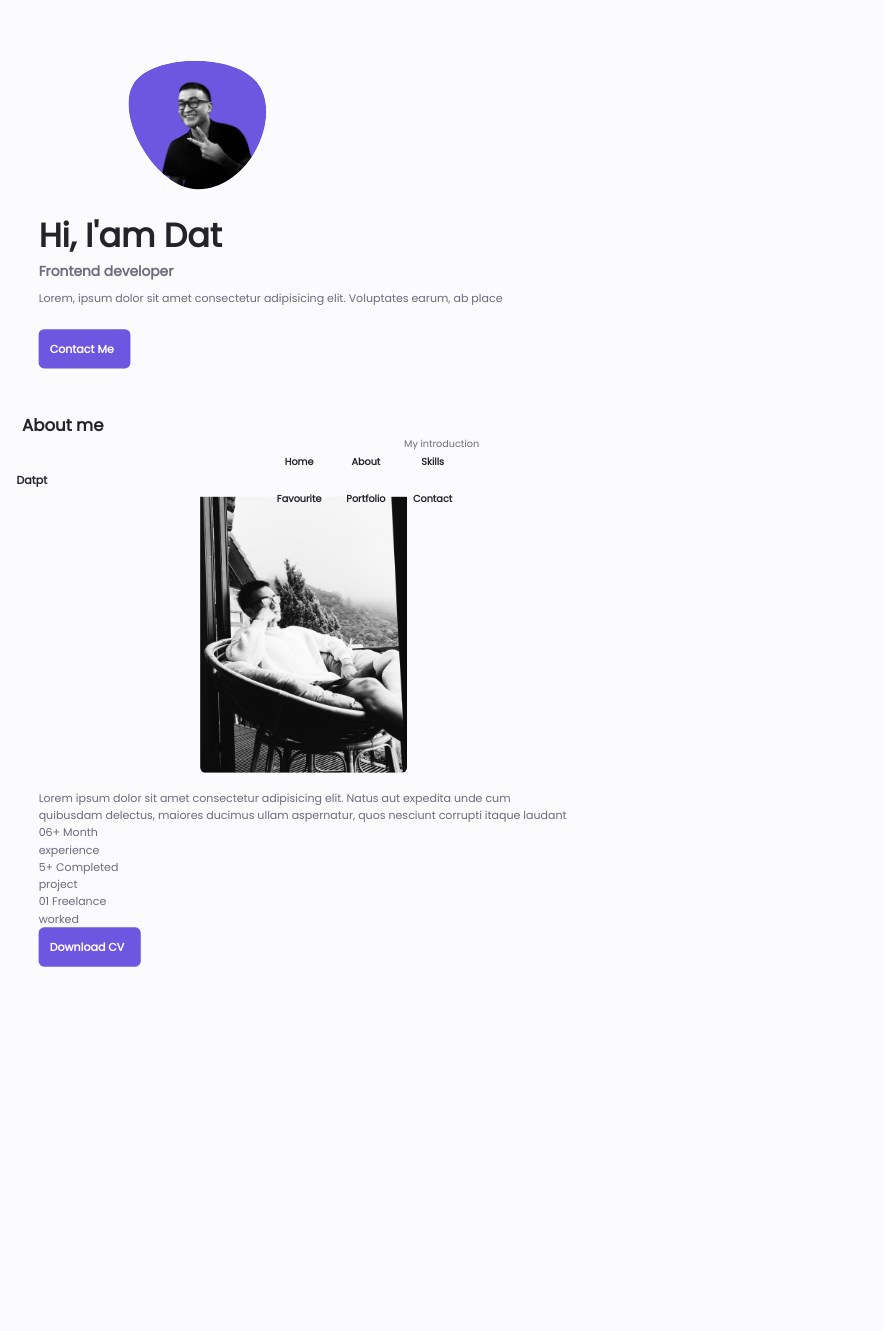
Repository: Datt21/portfolio
Page: index.html
An editor plug-in stored every save of this project. The page is shown before and after the next save, followed by the edit.
The browser window is 1280 px wide. The pictures show the whole page, at 69% of full size.
Some icons come from a web library that is not loaded, so they are not drawn.

Above is the page before, as saved 2021-07-10 16:37:23.

### index.html
<!DOCTYPE html>
<html lang="en">
<head>
    <meta charset="UTF-8">
    <meta http-equiv="X-UA-Compatible" content="IE=edge">
    <meta name="viewport" content="width=device-width, initial-scale=1.0">
    <!--============= ICONS ================  -->
    <link rel="stylesheet" href="https://unicons.iconscout.com/release/v4.0.0/css/line.css">

    <!-- ============= SWIPER CSS =============== -->
    <link rel="stylesheet" href="">

    <!-- =============== CSS ========================= -->
    <link rel="stylesheet" href="./Css/style.css">

    <title>Portfolio</title>
</head>
<body>
    <!--============================ HEADER ============================ -->
    <header class="header" id="header">
        <nav class="nav container">
            <a href="#" class="nav__logo">Datpt</a>

            <div class="nav__menu" id="nav-menu">
                <ul class="nav__list grid">
                    <li class="nav__item">
                        <a href="#home" class="nav__link">
                            <i class="uil uil-estate nav__icon"></i>Home
                        </a>
                    </li>
                    <li class="nav__item">
                        <a href="#about" class="nav__link">
                            <i class="uil uil-user nav__icon"></i>About
                        </a>
                    </li>
                    <li class="nav__item">
                        <a href="#skill" class="nav__link">
                            <i class="uil uil-file-alt nav__icon"></i>Skills
                        </a>
                    </li>
                    <li class="nav__item">
                        <a href="#fovourite" class="nav__link">
                            <i class="uil uil-books nav__icon"></i>Favourite
                        </a>
                    </li>
                    <li class="nav__item">
                        <a href="#portfolio" class="nav__link">
                            <i class="uil uil-scenery nav__icon"></i>Portfolio
                        </a>
                    </li>
                    <li class="nav__item">
                        <a href="#contact" class="nav__link">
                            <i class="uil uil-message nav__icon"></i>Contact
                        </a>
                    </li>
                </ul>
                <i class="uil uil-times nav__close" id="nav-close"></i>
            </div>

            <div class="nav__btns">
                <div class="nav__toggle" id="nav-toggle">
                    <i class="uil uil-apps"></i>
                </div>
            </div>
        </nav>
    </header>

     <!--==================== MAIN ====================-->
     <main class="main">
        <!--==================== HOME ====================-->
        <section class="home section" id="home">
            <div class="home__container container grid">
                <div class="home__content grid">
                    <div class="home__social">
                        <a href="https://www.facebook.com/profile.php?id=100043830603950" target="_blank" class="home__social-icon">
                            <i class="uil uil-facebook"></i>
                        </a>
                        <a href="https://t.me/datpt21" target="_blank" class="home__social-icon">
                            <i class="uil uil-telegram-alt"></i>
                        </a>
                        <a href="https://github.com/Datt21" target="_blank" class="home__social-icon">
                            <i class="uil uil-github-alt"></i>
                        </a>
                    </div>

                    <div class="home__img">
                        <svg class="home__blob" viewBox="0 0 200 187" xmlns="http://www.w3.org/2000/svg" xmlns:xlink="http://www.w3.org/1999/xlink">
                            <mask id="mask0" mask-type="alpha">
                                <path d="M190.312 36.4879C206.582 62.1187 201.309 102.826 182.328 134.186C163.346 165.547
                                130.807 187.559 100.226 186.353C69.6454 185.297 41.0228 161.023 21.7403 129.362C2.45775
                                97.8511 -7.48481 59.1033 6.67581 34.5279C20.9871 10.1032 59.7028 -0.149132 97.9666
                                0.00163737C136.23 0.303176 174.193 10.857 190.312 36.4879Z"/>
                            </mask>
                            <g mask="url(#mask0)">
                                <path d="M190.312 36.4879C206.582 62.1187 201.309 102.826 182.328 134.186C163.346
                                165.547 130.807 187.559 100.226 186.353C69.6454 185.297 41.0228 161.023 21.7403
                                129.362C2.45775 97.8511 -7.48481 59.1033 6.67581 34.5279C20.9871 10.1032 59.7028
                                -0.149132 97.9666 0.00163737C136.23 0.303176 174.193 10.857 190.312 36.4879Z"/>

                                <image class="home_blob-img" x='12' y='18 'xlink:href="./images/me.png"/>
                            </g>
                        </svg>

                    </div>

                    <div class="home__data">
                        <h1 class="home__title">Hi, I'am Dat</h1>
                        <h3 class="home_subtitle">Frontend developer</h3>
                        <p class="home_description">Lorem, ipsum dolor sit amet consectetur adipisicing elit.
                            Voluptates earum, ab place</p>
                        <a href="#contact" class="button button--flex">
                            Contact Me<i class="uil uil-message button__icon"></i>
                        </a>
                    </div>
                </div>

                <div class="home_scroll">
                    <a href="#about" class="home__scroll-button button--flex">
                        <i class="uil uil-mouse-alt-2 home__scroll-mouse"></i>
                        <span class="home__scroll-name">Scroll down</span>
                        <i class="uil uil-arrow-down home__scroll-arrow"></i>
                    </a>
                </div>
            </div>
        </section>

        <!--==================== ABOUT ====================-->
        <section class="about section" id="about">
            <h2 class="section__title">About me</h2>
            <span class="section_subtitle">My introduction</span>

            <div class="about__container container grid">
                <img src="./images/me2.jpg" alt="" class="about__img">

                <div class="about-data">
                    <p class="about-decription">Lorem ipsum dolor sit amet consectetur adipisicing elit.
                        Natus aut expedita unde cum quibusdam delectus, maiores ducimus ullam aspernatur, quos nesciunt corrupti itaque laudant</p>

                    <div class="about__info">
                        <div>
                            <span class="about__info-title">06+</span>
                            <span class="about__info-name">Month <br> experience</span>
                        </div>
                        <div>
                            <span class="about__info-title">5+</span>
                            <span class="about__info-name">Completed <br> project</span>
                        </div>
                        <div>
                            <span class="about__info-title">01</span>
                            <span class="about__info-name">Freelance <br> worked</span>
                        </div>
                    </div>

                    <div class="about__buttons">
                        <a download="" href="./pdf/LeTienDat_CV.pdf" class="button button--flex">
                            Download CV <i class="uil uil-download-alt button__icon"></i>
                        </a>
                    </div>
                </div>
            </div>


        </section>

        <!--==================== SKILLS ====================-->
        <section class="skills section" id="skills">


        </section>

        <!--==================== QUALIFICATION ====================-->
        <section class="qualification section">


        </section>

        <!--==================== SERVICES ====================-->
        <section class="services section" id="services">


        </section>

        <!--==================== PORTFOLIO ====================-->
        <section class="portfolio section" id="portfolio">


        </section>

        <!--==================== PROJECT IN MIND ====================-->
        <section class="project section">


        </section>

        <!--==================== TESTIMONIAL ====================-->
        <section class="testimonial section">


        </section>

        <!--==================== CONTACT ME ====================-->
        <section class="contact section" id="contact">


        </section>
    </main>

    <!--==================== FOOTER ====================-->
    <footer class="footer">


    </footer>

    <!--==================== SCROLL TOP ====================-->


    <!--==================== SWIPER JS ====================-->
    <script src=""></script>

    <!-- =================== JS ======================= -->
    <script src="./JS/main.js"></script>
</body>
</html>

### Css/style.css
/* ========================= GOOGLE FONTS ========================= */
@import url('https://fonts.googleapis.com/css2?family=Poppins&display=swap');

/*========================= VARIABLES CSS ==========================*/
:root{
    --header-height: 3rem;

    /* ---COLORS----- */
    --hue-color: 250;
    --first-color: hsl(var(--hue-color), 69%, 61%);
    --first-color-second: hsl(var(--hue-color), 69%, 61%);
    --first-color-alt: hsl(var(--hue-color), 57%, 53%);
    --first-color-lighter: hsl(var(--hue-color), 92%, 85%);
    --title-color:hsl(var(--hue-color), 8%, 15%);
    --text-color: hsl(var(--hue-color), 8%, 45%);
    --text-color-light: hsl(var(--hue-color), 8%, 65%);
    --input-color: hsl(var(--hue-color), 70%, 96%);
    --body-color: hsl(var(--hue-color), 60%, 99%);
    --container-color: #fff;

    /* --- FONT & SIZES */
    --body-font: 'Poppins', sans-serif;

    --font-semi-bold: 700;
    --font-medium: 600;

    --big-font-size: 2rem;
    --h1-font-size: 1.5rem;
    --h2-font-size: 1.25rem;
    --h3-font-size: 1.125rem;
    --normal-font-size: .938rem;
    --small-font-size: .813rem;
    --smaller-font-size: .75rem;

    /* --- MARGIN BOTTOM */
    --mb-0-25: .25rem;
    --mb-0-5: .5rem;
    --mb-0-75: .75rem;
    --mb-1: 1rem;
    --mb-1-5: 1.5rem;
    --mb-2: 2rem;
    --mb-2-5: 2.5rem;
    --mb-3: 3rem;

    /* Z INDEX */
    --z-tooltip: 10;
    --z-fixed: 100;
    --z-modal: 1000;

}

/* Font size for large devices */
@media screen and (min-width: 968px){
    :root {
        --big-font-size: 3rem;
        --h1-font-size: 2.25rem;
        --h2-font-size: 1.5rem;
        --h3-font-size: 1.25rem;
        --normal-font-size: 1rem;
        --small-font-size: .875rem;
        --smaller-font-size: .813rem;
    }

}

/*====================== Variables Dark Theme ===================  */

/*====================== Button Dark/Light  ===================  */

/*====================== BASE ========================= */
*{
    box-sizing: border-box;
    padding: 0;
    margin: 0;
}

html{
    scroll-behavior: smooth;
}

body{
    margin: 0 0 var(--header-height) 0;
    font-family: var(--body-font);
    font-size: var(--normal-font-size);
    background-color: var(--body-color);
    color: var(--text-color);
}

h1,h2,h3,h4{
    color: var(--title-color);
    font-weight: var(--font-semi-bold)
}

ul{
    list-style: none;
}

a{
    text-decoration: none;
}

img{
    max-width: 100%;
    height: auto;
}

/*========================= set section - css classes ====================  */
.section{
    padding: 2rem;
}

.section_title{
    font-size: var(--h1-font-size);
}

.section_subtitle{
    display: block;
    font-size: var(--small-font-size);
    margin-bottom: var(--mb-3);
}

.section_title,
.section_subtitle{
    text-align: center;
}

/* ===================== LAYOUT ============================== */
.container{
    max-width: 768px;
    margin-left: var(--mb-1-5);
    margin-right: var(--mb-1-5);
}

.grid{
    display: grid;
    gap: 1.5rem;
}

.header{
    width: 100%;
    position: fixed;
    bottom: 0;
    left: 0;
    z-index: var(--z-fixed);
    background-color: var(--body-color);
}

/* ===================== NAV ==================== */
.nav{
    max-width: 968px;
    height: var(--header-height);
    display: flex;
    justify-content:space-between;
    align-items: center;
}

.nav__logo,
.nav__toggle{
    color: var(--title-color);
    font-weight: var(--font-medium);
}

.nav__logo:hover{
    color: var(--first-color);
}

.nav__toggle{
    font-size: 1.1rem;
    cursor: pointer;
}

.nav__toggle:hover{
    color: var(--first-color);
}

@media screen and (max-width: 767px) {
    .nav__menu{
        position: fixed;
        bottom: -100%;
        left: 0;
        width: 100%;
        background-color: var(--body-color);
        padding: 2rem 1.5rem 4rem;
        box-shadow: 0 -1px 4px rgb(0,0,0, .15 );
        border-radius: 1.5rem 1.5rem 0 0;
        transition:0.3s;
    }
}

.nav__list{
    grid-template-columns: repeat(3,1fr);
    gap: 2rem;
}

.nav__link{
    display: flex;
    flex-direction: column;
    align-items: center;
    font-size: var(--small-font-size);
    color: var(--title-color);
    font-weight: var(--font-medium);
}

.nav__link:hover{
    color: var(--first-color);
}

.nav__icon{
    font-size: 1.2rem;
}

.nav__close{
    position: absolute;
    right: 1.3rem;
    bottom: .5rem;
    font-size: 1.5rem;
    cursor: pointer;
    color: var(--first-color);
}

.nav__close:hover{
    color: var(--first-color-alt);
}

/* -----show menu ---------- */
.show-menu{
    bottom: 0;
}

/*==================== HOME ====================*/
.home__container{
    gap: 1rem;
}

.home__content{
    grid-template-columns: .5fr 3fr;
    padding-top: 3.5rem;
    align-items: center;
}

.home__social{
    display: grid;
    grid-template-columns: max-content;
    row-gap: 1rem;
}

.home__social-icon{
    font-size: 1.25rem;
    color: var(--first-color);
}

.home__social-icon:hover{
    color: var(--first-color-alt);
    transform: scale(1.2);
}

.home__blob{
    width: 200px;
    fill: var(--first-color);
}

.home_blob-img{
    width: 170px;
}

.home__data{
    grid-column: 1/3;
}

.home__title{
    font-size: var(--big-font-size);
}

.home_subtitle{
    font-size: var(--h3-font-size);
    color: var(--text-color);
    font-weight: var(--font-medium);
    margin-bottom: var(--mb-0-75);
}

.home_description{
    margin-bottom: var(--mb-2);
}

.home_scroll{
    display: none;
}

.home__scroll-button{
    color: var(--first-color);
    transition: 0.3s;
}

.home__scroll-button:hover{
    transform: translateY(0.25rem);
}

.home__scroll-mouse{
    font-size: 2rem;
}

.home__scroll-name{
    font-size: var(--small-font-size);
    color: var(--title-color);
    font-weight: var(--font-medium);
    margin-right: var(--mb-0-25);
}

.home__scroll-arrow{
    font-size: 1.25rem;
}

/*==================== BUTTONS ====================*/
.button{
    display: inline-block;
    background-color: var(--first-color);
    color: #fff;
    padding: 1rem;
    border-radius: .5rem;
    font-weight: var(--font-medium);
}

.button:hover{
    background-color: var(--first-color-alt);
}

.button__icon{
    font-size: 1.25rem;
    margin-left: var(--mb-0-5);
    transition: 0.3s;
}

.button--flex{
    display: inline-flex;
    align-items: center;
}



/*==================== ABOUT ====================*/
.about__img{
    border-radius: .5rem;
    width: 300px;
    justify-self: center;
    align-self: center;
}

/*==================== SKILLS ====================*/


/*==================== QUALIFICATION ====================*/


/*==================== SERVICES ====================*/


/* Active Modal */


/*==================== PORTFOLIO ====================*/


/*==================== PROJECT IN MIND ====================*/


/*==================== TESTIMONIAL ====================*/


/*==================== CONTACT ME ====================*/


/*==================== FOOTER ====================*/


/*========== SCROLL UP ==========*/


/* Show scroll */


/*========== SCROLL BAR ==========*/


/*==================== MEDIA QUERIES ====================*/
/* For small devices */


/* For medium devices */


/* For large devices */

### JS/main.js
/*================= Menu show Y hidden ================= */
const navMenu = document.getElementById('nav-menu'),
      navToggle = document.getElementById('nav-toggle'),
      navClose = document.getElementById('nav-close')

/*======== Menu show =========*/
/* validate if constant exists */
if(navToggle){
    navToggle.addEventListener('click', () =>{
        navMenu.classList.add('show-menu')
    })
}

/*======== Menu hidden =========*/
/* validate if constant exists */
if(navClose){
    navClose.addEventListener('click', () =>{
        navMenu.classList.remove('show-menu')
    })
}

/*==================== REMOVE MENU MOBILE ====================*/
const navLink = document.querySelectorAll('.nav__link')

function linkAction() {
    const navMenu = document.getElementById('nav-menu')
    //khi click vao moi link,thi menu duoc an di
    navMenu.classList.remove('show-menu')
}
navLink.forEach(n => n.addEventListener('click', linkAction))

/*==================== ACCORDION SKILLS ====================*/


/*==================== QUALIFICATION TABS ====================*/


/*==================== SERVICES MODAL ====================*/


/*==================== PORTFOLIO SWIPER  ====================*/


/*==================== TESTIMONIAL ====================*/


/*==================== SCROLL SECTIONS ACTIVE LINK ====================*/


/*==================== CHANGE BACKGROUND HEADER ====================*/


/*==================== SHOW SCROLL UP ====================*/


/*==================== DARK LIGHT THEME ====================*/

After the next save:
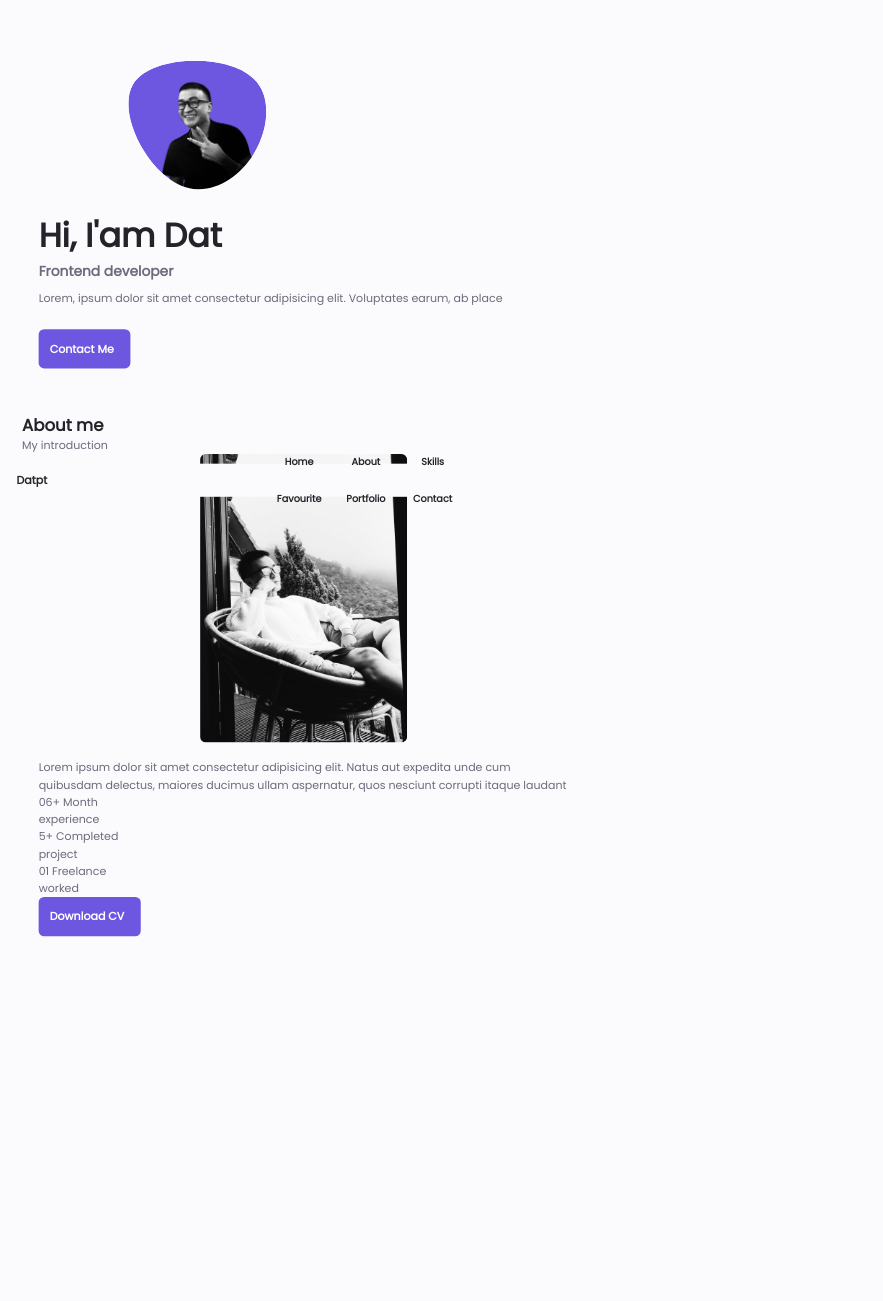
Saved 57 s later.
--- a/index.html
+++ b/index.html
@@ -127,7 +127,7 @@
         <!--==================== ABOUT ====================-->
         <section class="about section" id="about">
             <h2 class="section__title">About me</h2>
-            <span class="section_subtitle">My introduction</span>
+            <span class="section__subtitle">My introduction</span>
 
             <div class="about__container container grid">
                 <img src="./images/me2.jpg" alt="" class="about__img">
